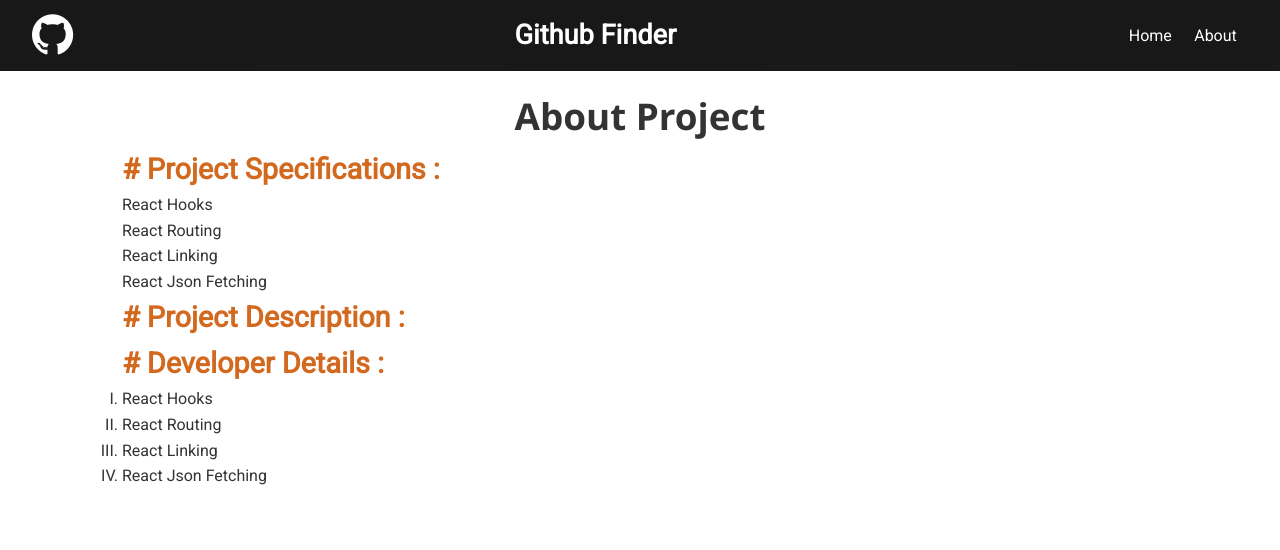
Repository: hemantsaini-7/ReactHooks-GitHub-Clone
Page: /about
These files come from the project's save history. The page is drawn as it stood at one moment and after the next save; the edit follows.
The browser window is 1280 px wide. The pictures show the whole page.
The project was rebuilt for these pictures with package versions that can differ from the ones it lists, and the page was loaded fresh each time. Also part of the build but not shown: src/components/users/UserItem.js, src/components/layout/Spinner.js, src/components/users/Users.js, src/components/repos/RepoItem.js, src/components/repos/Repos.js, src/components/users/User.js, src/components/users/Search.js, src/components/layout/Alert.js.

Above is the page before, as saved 2020-08-06 10:12:22.

### public/index.html
<!DOCTYPE html>
<html lang="en">
  <head>
    <meta charset="utf-8" />
    <link rel="icon" href="%PUBLIC_URL%/favicon.ico" />
    <meta name="viewport" content="width=device-width, initial-scale=1" />
    <meta name="theme-color" content="#000000" />
    <meta
      name="description"
      content="Web site created using create-react-app"
    />
    <link rel="apple-touch-icon" href="%PUBLIC_URL%/logo192.png" />

    <link rel="manifest" href="%PUBLIC_URL%/manifest.json" />
    <link
      rel="stylesheet"
      href="https://stackpath.bootstrapcdn.com/font-awesome/4.7.0/css/font-awesome.min.css"
    />
    <title>React App</title>
  </head>
  <body>
    <noscript>You need to enable JavaScript to run this app.</noscript>
    <div id="root"></div>
  </body>
</html>

### src/App.js
import React, { Fragment, useState } from "react";
import "./App.css";
import { BrowserRouter as Router, Switch, Route } from "react-router-dom";
import Navbar from "./components/layout/Navbar";
import Users from "./components/users/Users";
import User from "./components/users/User";
import Search from "./components/users/Search";
import Alert from "./components/layout/Alert";
import About from "./components/pages/About";
import axios from "axios";
const App = () => {
  const [users, setUsers] = useState([]);
  const [user, setUser] = useState({});
  const [repos, setRepos] = useState([]);
  const [loading, setLoading] = useState(false);
  const [alert, setAlert] = useState(null);

  const searchUsers = async (text) => {
    //this.setState({ loading: true });
    setLoading(true);
    const res = await axios.get(
      `https://api.github.com/search/users?q=${text}&cliend_id=${process.env.REACT_APP_GITHUB_CLIENT_ID}&client_secret=${process.env.REACT_APP_GITHUB_CLIENT_SECRET}`
    );
    setUsers(res.data.items);
    setLoading(false);
  };

  const clearUsers = () => {
    setUsers([]);
    setLoading(false);
  };

  const showAlert = (msg, type) => {
    //this.setState({ alert: { msg, type } });
    setAlert({ msg, type });
    setTimeout(() => setAlert(null), 5000);
  };

  const getUser = async (username) => {
    setLoading(true);
    const res = await axios.get(
      `https://api.github.com/users/${username}?cliend_id=${process.env.REACT_APP_GITHUB_CLIENT_ID}&client_secret=${process.env.REACT_APP_GITHUB_CLIENT_SECRET}`
    );
    setUser(res.data);
    setLoading(false);
  };

  const getUserRepos = async (username) => {
    setLoading(true);
    const res = await axios.get(
      `https://api.github.com/users/${username}/repos?per_page=5&sort=created:asc&cliend_id=${process.env.REACT_APP_GITHUB_CLIENT_ID}&client_secret=${process.env.REACT_APP_GITHUB_CLIENT_SECRET}`
    );
    setRepos(res.data);
    setLoading(false);
  };

  return (
    <Router>
      <div className='App'>
        <Navbar title='Github Finder' />
        <div className='container'>
          <Alert alert={alert} />
          <Switch>
            <Route
              exact
              path='/'
              render={(props) => (
                <Fragment>
                  <Search
                    searchUsers={searchUsers}
                    clearUsers={clearUsers}
                    showClear={users.length > 0 ? true : false}
                    setAlert={showAlert}
                  />
                  <Users users={users} loading={loading} />
                </Fragment>
              )}
            />
            <Route exact path='/about' component={About} />
            <Route
              exact
              path='/user/:login'
              render={(props) => (
                <User
                  {...props}
                  getUser={getUser}
                  getUserRepos={getUserRepos}
                  repos={repos}
                  user={user}
                  loading={loading}
                />
              )}
            />
          </Switch>
        </div>
      </div>
    </Router>
  );
};

export default App;

### src/App.css
@import url("https://fonts.googleapis.com/css?family=Roboto");

/* Global Styles */
:root {
  --primary-color: #dc3545;
  --dark-color: #333333;
  --light-color: #f4f4f4;
  --danger-color: #dc3545;
  --success-color: #28a745;
}

* {
  box-sizing: border-box;
  margin: 0;
  padding: 0;
}

body {
  font-family: "Roboto", sans-serif;
  font-size: 1rem;
  line-height: 1.6;
  background-color: #fff;
  color: #333;
}

a {
  color: var(--primary-color);
  text-decoration: none;
}

a:hover {
  color: #666;
}

ul {
  list-style: none;
}

img {
  width: 100%;
}

/* Utilities */
.container {
  max-width: 1100px;
  margin: auto;
  overflow: hidden;
  padding: 0 2rem;
}

/* Text Styles*/
.x-large {
  font-size: 4rem;
  line-height: 1.2;
  margin-bottom: 1rem;
}

.large {
  font-size: 3rem;
  line-height: 1.2;
  margin-bottom: 1rem;
}

.lead {
  font-size: 1.5rem;
  margin-bottom: 1rem;
}

.text-center {
  text-align: center;
}

.text-primary {
  color: var(--primary-color);
}

.text-dark {
  color: var(--dark-color);
}

.text-success {
  color: var(--success-color);
}

.text-danger {
  color: var(--danger-color);
}

.text-center {
  text-align: center;
}

.text-right {
  text-align: right;
}

.text-left {
  text-align: left;
}

/* Center All */
.all-center {
  display: flex;
  flex-direction: column;
  width: 100%;
  margin: auto;
  justify-content: center;
  align-items: center;
  text-align: center;
}

/* Cards */
.card {
  padding: 1rem;
  border: #ccc 1px dotted;
  margin: 0.7rem 0;
}

/* List */
.list {
  margin: 0.5rem 0;
}

.list li {
  padding-bottom: 0.3rem;
}

/* Padding */
.p {
  padding: 0.5rem;
}
.p-1 {
  padding: 1rem;
}
.p-2 {
  padding: 2rem;
}
.p-3 {
  padding: 3rem;
}
.py {
  padding: 0.5rem 0;
}
.py-1 {
  padding: 1rem 0;
}
.py-2 {
  padding: 2rem 0;
}
.py-3 {
  padding: 3rem 0;
}

/* Margin */
.m {
  margin: 0.5rem;
}
.m-1 {
  margin: 1rem;
}
.m-2 {
  margin: 2rem;
}
.m-3 {
  margin: 3rem;
}
.my {
  margin: 0.5rem 0;
}
.my-1 {
  margin: 1rem 0;
}
.my-2 {
  margin: 2rem 0;
}
.my-3 {
  margin: 3rem 0;
}

/* Grid */
.grid-2 {
  display: grid;
  grid-template-columns: repeat(2, 1fr);
  grid-gap: 1rem;
}

.grid-3 {
  display: grid;
  grid-template-columns: repeat(3, 1fr);
  grid-gap: 1rem;
}

.grid-4 {
  display: grid;
  grid-template-columns: repeat(4, 1fr);
  grid-gap: 1rem;
}

.btn {
  display: inline-block;
  background: var(--light-color);
  color: #333;
  padding: 0.4rem 1.3rem;
  font-size: 1rem;
  border: none;
  cursor: pointer;
  margin-right: 0.5rem;
  transition: opacity 0.2s ease-in;
  outline: none;
}

.btn-link {
  background: none;
  padding: 0;
  margin: 0;
}

.btn-block {
  display: block;
  width: 100%;
}

.btn-sm {
  font-size: 0.8rem;
  padding: 0.3rem 1rem;
  margin-right: 0.2rem;
}

.badge {
  display: inline-block;
  font-size: 0.8rem;
  padding: 0.2rem 0.7rem;
  text-align: center;
  margin: 0.3rem;
  background: var(--light-color);
  color: #333;
  border-radius: 5px;
}

.alert {
  padding: 0.7rem;
  margin: 1rem 0;
  opacity: 0.9;
  background: var(--light-color);
  color: #333;
}

.btn-primary,
.bg-primary,
.badge-primary,
.alert-primary {
  background: var(--primary-color);
  color: #fff;
}

.btn-light,
.bg-light,
.badge-light,
.alert-light {
  background: var(--light-color);
  color: #333;
}

.btn-dark,
.bg-dark,
.badge-dark,
.alert-dark {
  background: var(--dark-color);
  color: #fff;
}

.btn-danger,
.bg-danger,
.badge-danger,
.alert-danger {
  background: var(--danger-color);
  color: #fff;
}

.btn-success,
.bg-success,
.badge-success,
.alert-success {
  background: var(--success-color);
  color: #fff;
}

.btn-white,
.bg-white,
.badge-white,
.alert-white {
  background: #fff;
  color: #333;
  border: #ccc solid 1px;
}

.btn:hover {
  opacity: 0.8;
}

.bg-light,
.badge-light {
  border: #ccc solid 1px;
}

.round-img {
  border-radius: 50%;
}

/* Forms */
input {
  margin: 1.2rem 0;
}

.form-text {
  display: block;
  margin-top: 0.3rem;
  color: #888;
}

input[type="text"],
input[type="email"],
input[type="password"],
input[type="date"],
select,
textarea {
  display: block;
  width: 100%;
  padding: 0.4rem;
  font-size: 1.2rem;
  border: 1px solid #ccc;
}

input[type="submit"],
button {
  font: inherit;
}

table th,
table td {
  padding: 1rem;
  text-align: left;
}

table th {
  background: var(--light-color);
}

/* Navbar */
.navbar {
  display: flex;
  justify-content: space-between;
  align-items: center;
  padding: 0.7rem 2rem;
  z-index: 1;
  width: 100%;
  opacity: 0.9;
  margin-bottom: 1rem;
}

.navbar ul {
  display: flex;
}

.navbar a {
  color: #fff;
  padding: 0.45rem;
  margin: 0 0.25rem;
}

.navbar a:hover {
  color: var(--light-color);
}

.navbar .welcome span {
  margin-right: 0.6rem;
}
.bg-black {
  background: #000;
  color: #fff;
}
.nav-head {
  font-size: 1.7rem;
  /* margin-left: 100px; */
}
.s-field {
  border-radius: 10px;
  box-shadow: inset 0px 0px 10px #ccc;
}
.s-field:focus {
  outline: none;
}
.about-head {
  text-align: center;
  font-weight: bold;
  font-size: 2.3rem;
  font-family: "Segoe UI", Tahoma, Geneva, Verdana, sans-serif;
}
.content-head {
  font-weight: bold;
  font-size: 1.8rem;
  color: chocolate;
}
/* Mobile Styles */
@media (max-width: 700px) {
  .hide-sm {
    display: none;
  }

  .grid-2,
  .grid-3,
  .grid-4 {
    grid-template-columns: 1fr;
  }

  /* Text Styles */
  .x-large {
    font-size: 3rem;
  }

  .large {
    font-size: 2rem;
  }

  .lead {
    font-size: 1rem;
  }

  /* Navbar */
  .navbar {
    display: block;
    text-align: center;
  }

  .navbar ul {
    text-align: center;
    justify-content: center;
  }
}

### src/components/layout/Navbar.js
import React from "react";
import { Link } from "react-router-dom";
function Navbar(props) {
  return (
    <nav className='navbar bg-black '>
      <span>
        <i className='fa fa-github fa-3x'></i>
      </span>
      <h3 className='nav-head'>{props.title}</h3>
      <ul>
        <li>
          <Link to='/'>Home</Link>
        </li>
        <li>
          <Link to='/about'>About</Link>
        </li>
      </ul>
    </nav>
  );
}

export default Navbar;

### src/components/pages/About.js
import React from "react";

const About = () => {
  return (
    <div className='about-div'>
      <h1 className='about-head'>About Project</h1>
      <div className='content-div'>
        <h1 className='content-head'># Project Specifications :</h1>
        <ul>
          <li>React Hooks</li>
          <li>React Routing</li>
          <li>React Linking</li>
          <li>React Json Fetching</li>
        </ul>
      </div>
      <div className='content-div'>
        <h1 className='content-head'># Project Description :</h1>
        <p></p>
      </div>
      <div className='content-div'>
        <h1 className='content-head'># Developer Details :</h1>
        <ol type='I'>
          <li>React Hooks</li>
          <li>React Routing</li>
          <li>React Linking</li>
          <li>React Json Fetching</li>
        </ol>
      </div>
    </div>
  );
};
export default About;

Loaded but not shown: src/index.js (common file)

After the next save:
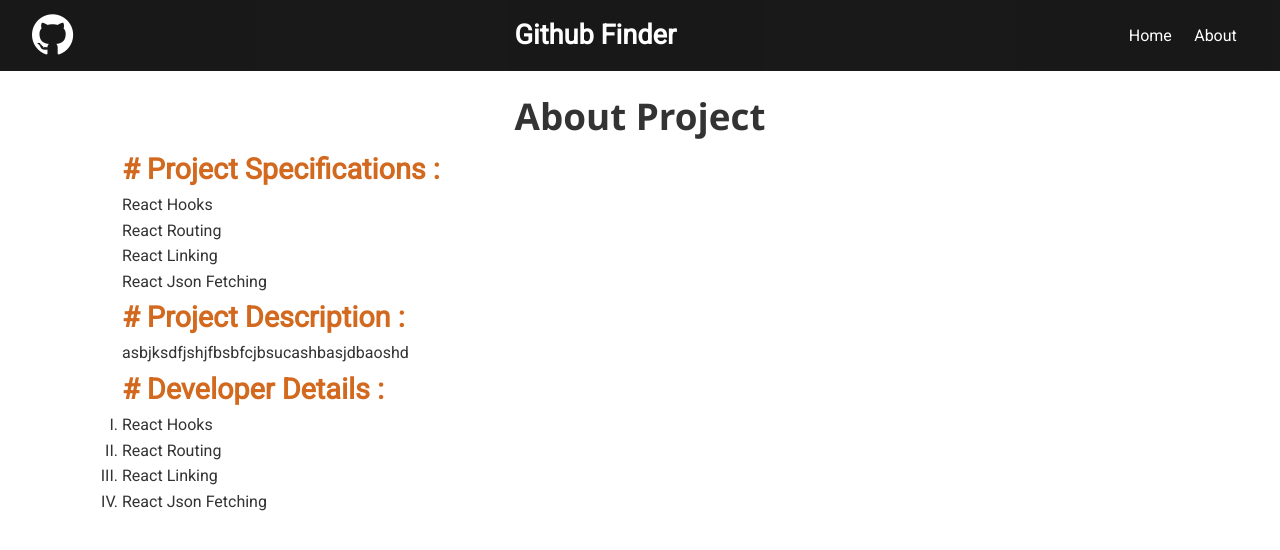
Saved 17 s later.
--- a/src/components/pages/About.js
+++ b/src/components/pages/About.js
@@ -15,7 +15,7 @@ const About = () => {
       </div>
       <div className='content-div'>
         <h1 className='content-head'># Project Description :</h1>
-        <p></p>
+        <p>asbjksdfjshjfbsbfcjbsucashbasjdbaoshd</p>
       </div>
       <div className='content-div'>
         <h1 className='content-head'># Developer Details :</h1>
